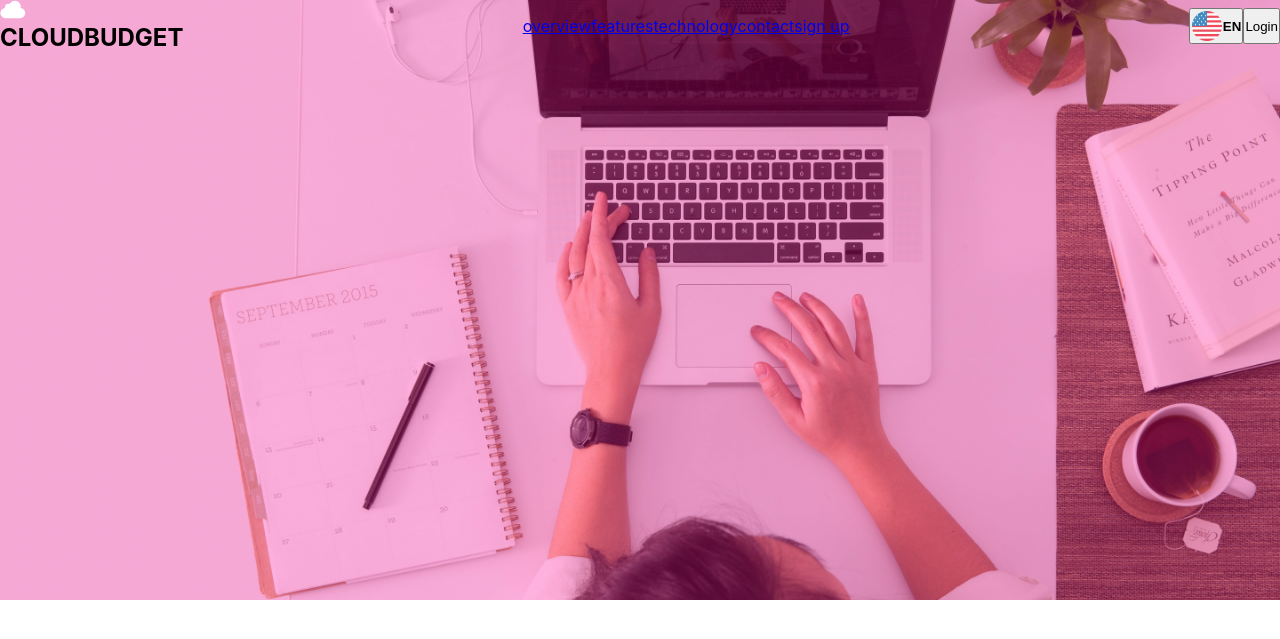
Repository: Ola-22/cloudBudget
Page: /
These files come from the project's save history. The page is drawn as it stood at one moment and after the next save; the edit follows.
The browser window is 1280 px wide. The pictures show the whole page.
The project was rebuilt for these pictures with package versions that can differ from the ones it lists, and the page was loaded fresh each time.

Above is the page before, as saved 2021-09-12 13:55:38.

After the next save:
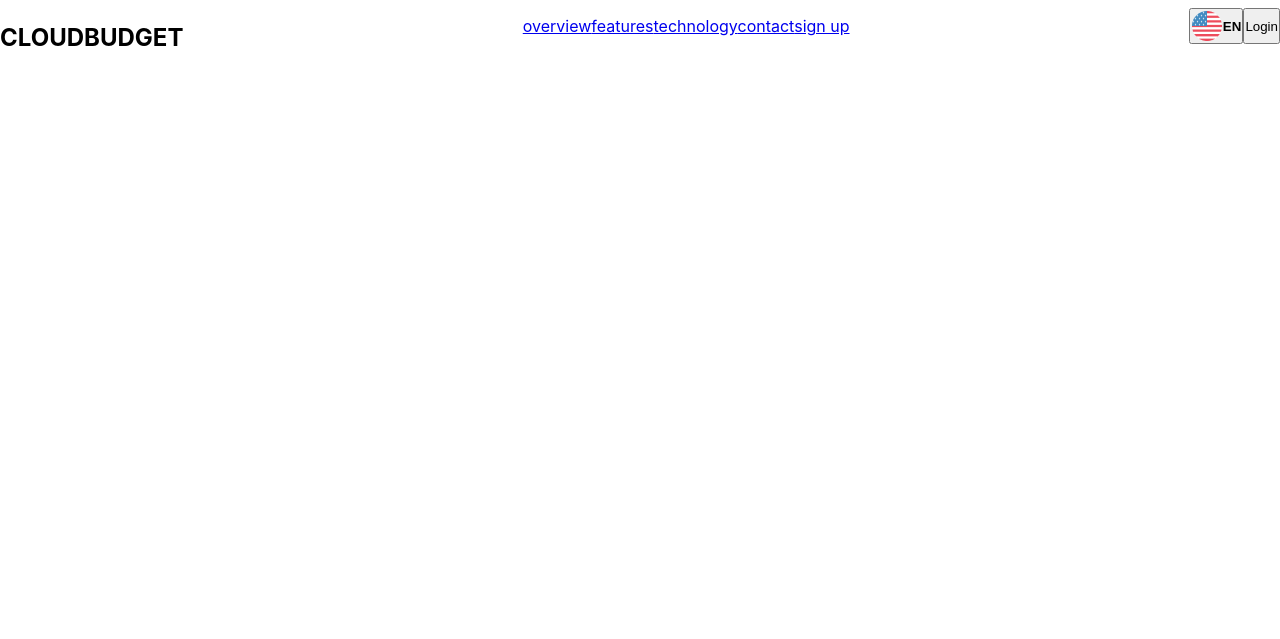
Saved 17 s later.
--- a/src/App.js
+++ b/src/App.js
@@ -7,8 +7,7 @@
       <div
         className="app-main"
         style={{
-          backgroundImage:
-            "linear-gradient(0deg, rgba(255, 0, 150, 0.3), rgba(255, 0, 150, 0.3)),url(/bg.png)",
+          backgroundImage: "#EE3D1B,url(/bg.png)",
           height: "600px",
         }}
       >

After the save that followed:
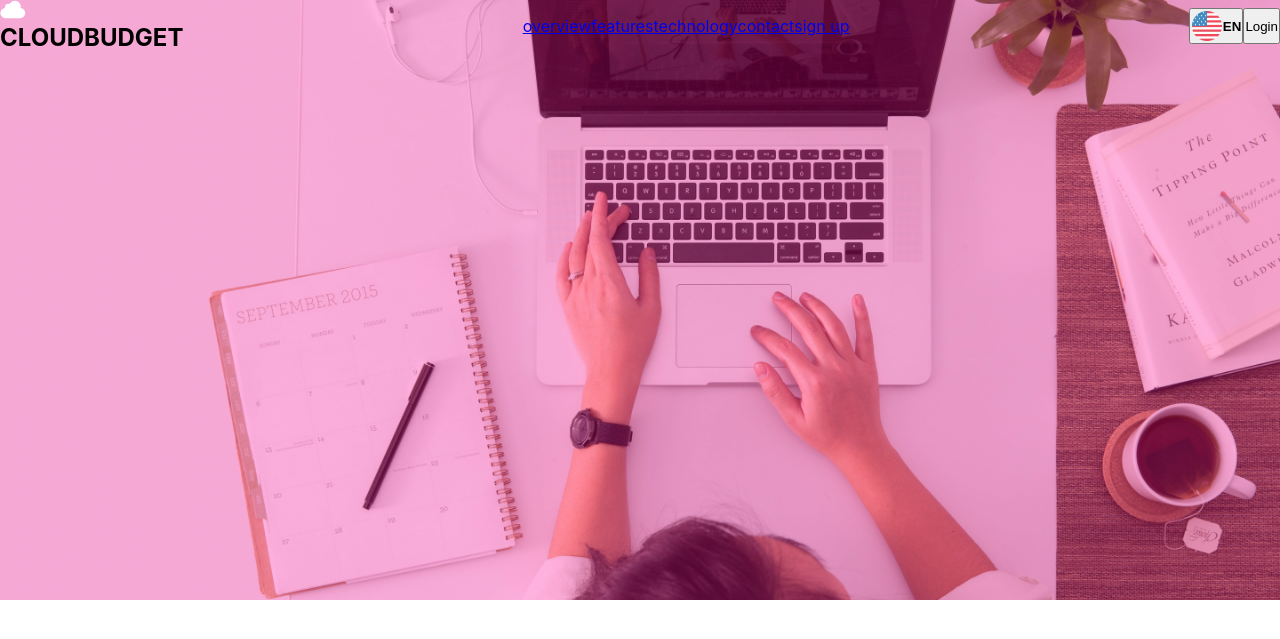
Saved 13 s later.
--- a/src/App.js
+++ b/src/App.js
@@ -7,7 +7,8 @@
       <div
         className="app-main"
         style={{
-          backgroundImage: "#EE3D1B,url(/bg.png)",
+          backgroundImage:
+            "linear-gradient(0deg, rgba(255, 0, 150, 0.3), rgba(255, 0, 150, 0.3)),url(/bg.png)",
           height: "600px",
         }}
       >
